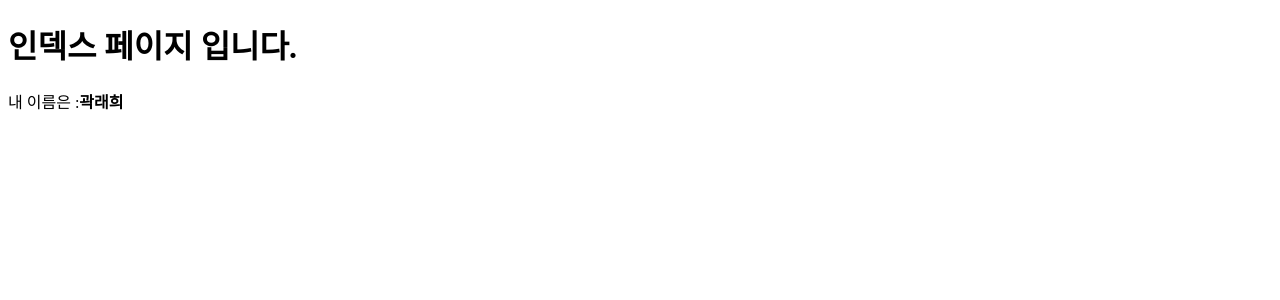
Repository: raehui/web_work
Page: Hello/src/main/webapp/index.html
The author's editor kept a copy of each file at every save. The page is drawn from the files as they stood at one save, then again after the next save.
The browser window is 1280 px wide. The pictures show the whole page.

Above is the page before, as saved 2025-01-02 07:01:38.

### Hello/src/main/webapp/index.html
<!DOCTYPE html>
<html>
<head>
<meta charset="UTF-8">
<title>index.html</title>
</head>
<body>
	<h1>인덱스 페이지 입니다.</h1>
	<p>내 이름은 :<strong>곽래희</strong></p>
</body>
</html>

After the next save:
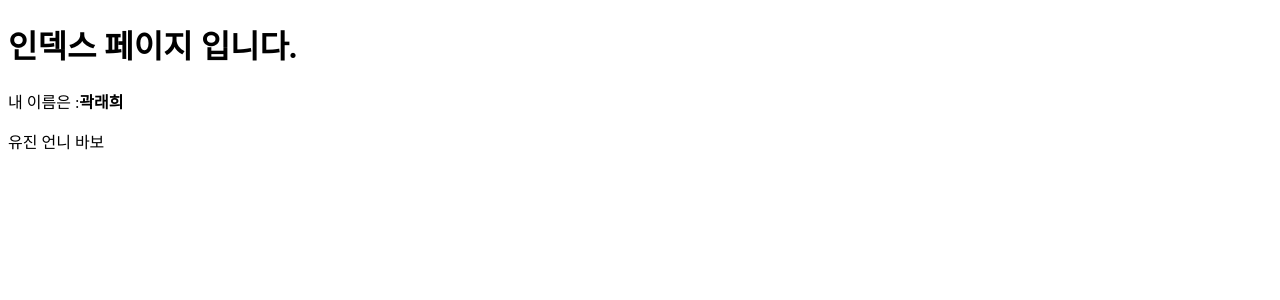
Saved 14 min 43 s later.
--- a/Hello/src/main/webapp/index.html
+++ b/Hello/src/main/webapp/index.html
@@ -7,5 +7,6 @@
 <body>
 	<h1>인덱스 페이지 입니다.</h1>
 	<p>내 이름은 :<strong>곽래희</strong></p>
+	<p>유진 언니 바보</p>
 </body>
 </html>
